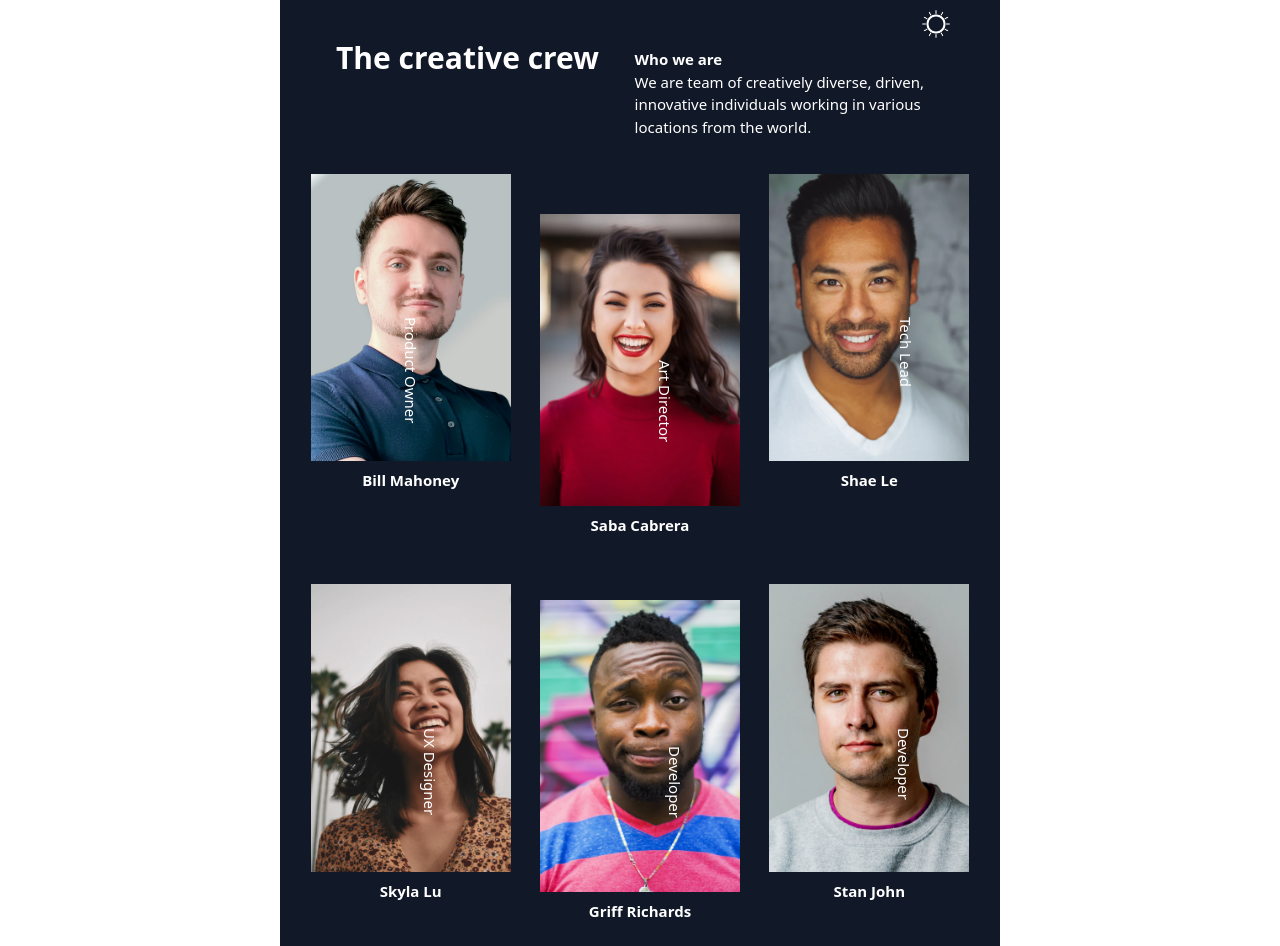
Repository: Alzate1075/Funval-G3-N2
Page: /
An editor plug-in stored every save of this project. The page is shown before and after the next save, followed by the edit.
The browser window is 1280 px wide. The pictures show the whole page.
The project was rebuilt for these pictures with package versions that can differ from the ones it lists, and the page was loaded fresh each time. Also part of the build but not shown: vite.config.js.

Above is the page before, as saved 2025-07-02 23:59:13.

After the next save:
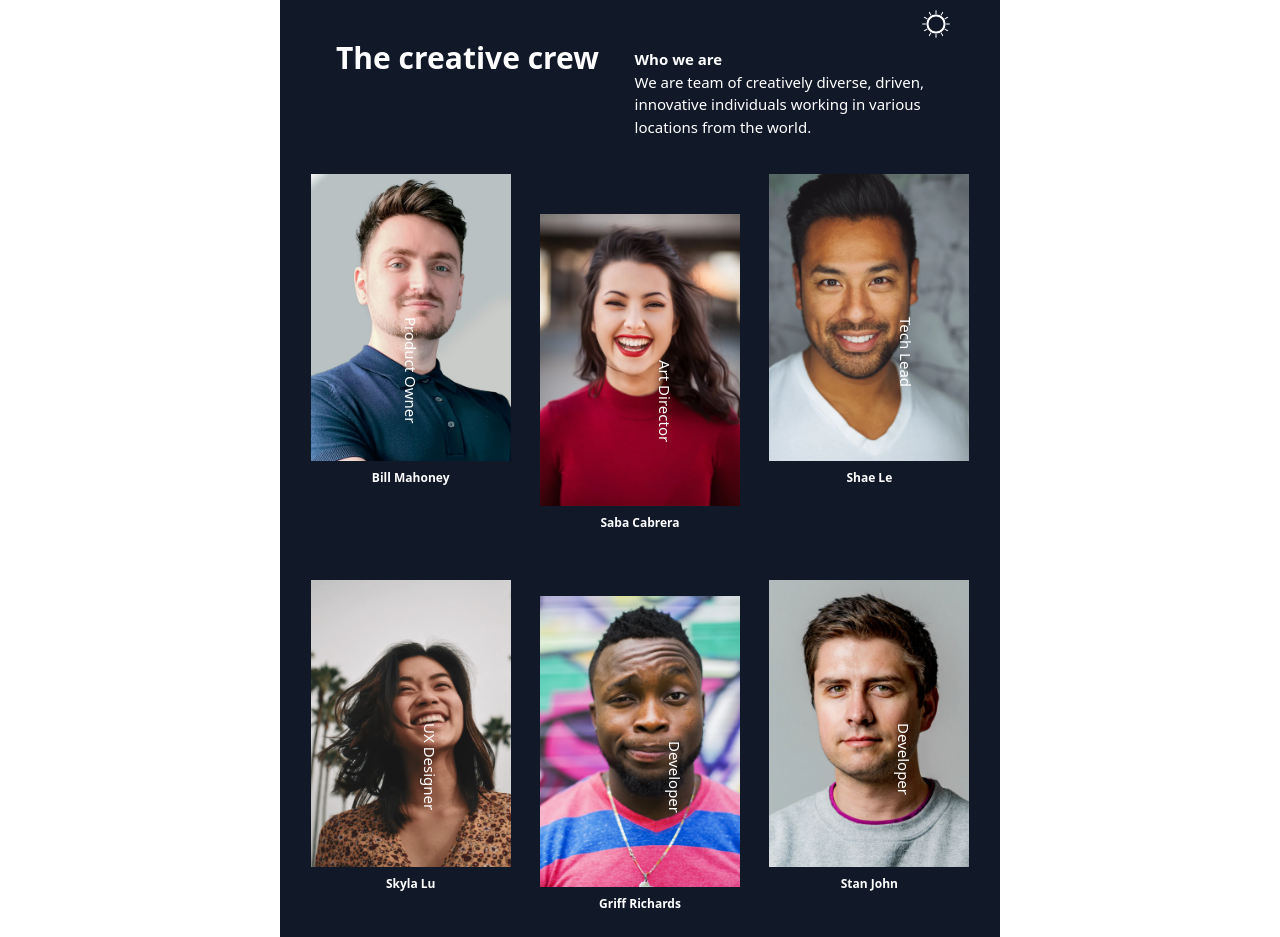
Saved 7 s later.
--- a/src/components/TeamCard.jsx
+++ b/src/components/TeamCard.jsx
@@ -9,7 +9,7 @@ export function TeamCard(props) {
         </span>
       </div>
       <div className="md:text-white text-center mt-2">
-        <h3 className="font-semibold text-[15px]">{props.name}</h3>
+        <h3 className="font-semibold text-[12px]">{props.name}</h3>
       </div>
     </div>
   );
